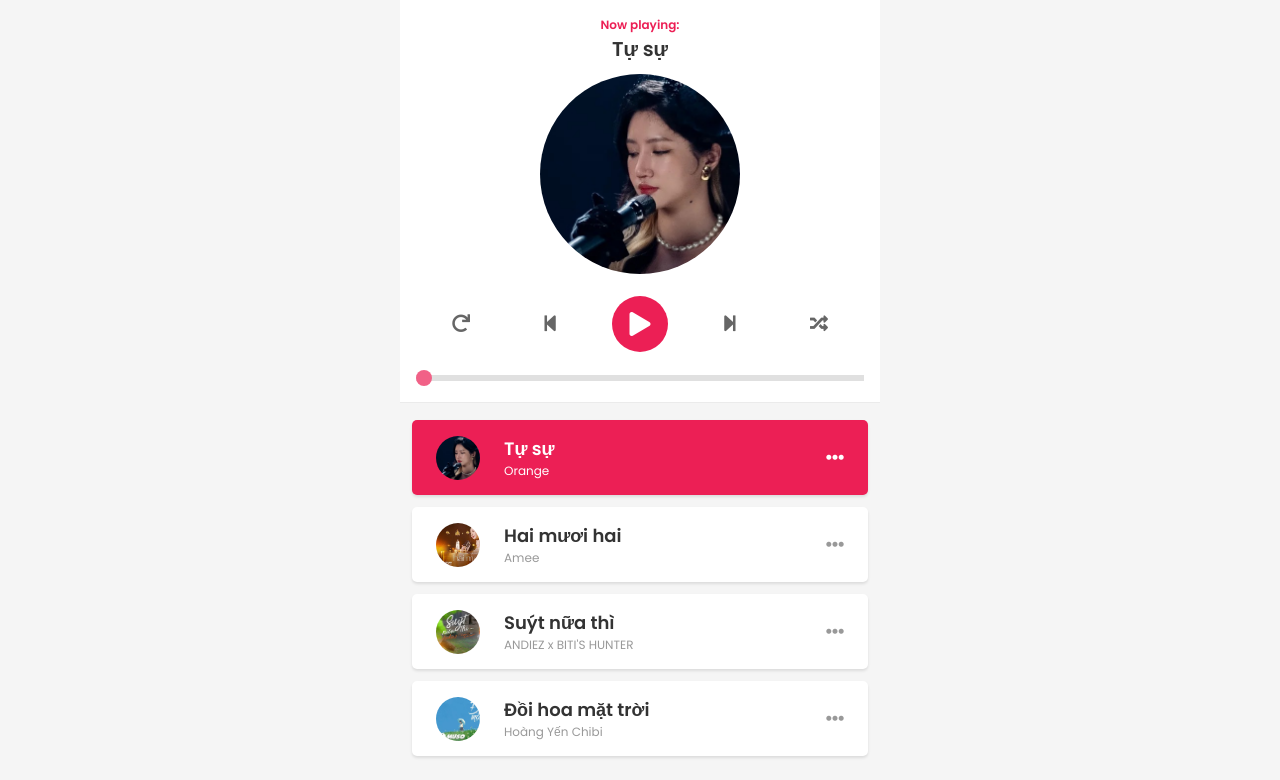
Repository: tannv3201/learn_JS_F8
Page: Example/Music player/index.html
An editor plug-in stored every save of this project. The page is shown before and after the next save, followed by the edit.
The browser window is 1280 px wide. The pictures show the whole page.

Above is the page before, as saved 2022-08-17 14:22:54.

### Example/Music player/index.html
<!DOCTYPE html>
<html lang="en">

<head>
    <meta charset="UTF-8">
    <meta http-equiv="X-UA-Compatible" content="IE=edge">
    <meta name="viewport" content="width=device-width, initial-scale=1.0">
    <title>Music player</title>
    <link rel="stylesheet" href="https://cdnjs.cloudflare.com/ajax/libs/font-awesome/5.15.2/css/all.min.css"
        integrity="sha512-HK5fgLBL+xu6dm/Ii3z4xhlSUyZgTT9tuc/hSrtw6uzJOvgRr2a9jyxxT1ely+B+xFAmJKVSTbpM/CuL7qxO8w=="
        crossorigin="anonymous" />
    <link rel="preconnect" href="https://fonts.gstatic.com">
    <link href="https://fonts.googleapis.com/css2?family=Poppins:wght@300;400;600&display=swap" rel="stylesheet">
    <link rel="stylesheet" href="./style.css">
</head>

<body>

    <div class="player">
        <!-- Dashboard -->
        <div class="dashboard">
            <!-- Header -->
            <header>
                <h4>Now playing:</h4>
                <h2>Tự sự</h2>
            </header>

            <!-- CD -->
            <div class="cd">
                <div class="cd-thumb" style="background-image: url('./assets/imgs/tusu.jpg')">
                </div>
            </div>

            <!-- Control -->
            <div class="control">
                <div class="btn btn-repeat">
                    <i class="fas fa-redo"></i>
                </div>
                <div class="btn btn-prev">
                    <i class="fas fa-step-backward"></i>
                </div>
                <div class="btn btn-toggle-play">
                    <i class="fas fa-pause icon-pause"></i>
                    <i class="fas fa-play icon-play"></i>
                </div>
                <div class="btn btn-next">
                    <i class="fas fa-step-forward"></i>
                </div>
                <div class="btn btn-random">
                    <i class="fas fa-random"></i>
                </div>
            </div>

            <input id="progress" class="progress" type="range" value="0" step="1" min="0" max="100">

            <audio id="audio" src=""></audio>
        </div>

        <!-- Playlist -->
        <div class="playlist">
            <div class="song">
                <div class="thumb" style="background-image: url('./assets/imgs/tusu.jpg')">
                </div>
                <div class="body">
                    <h3 class="title">Tự sự</h3>
                    <p class="author">Orange</p>
                </div>
                <div class="option">
                    <i class="fas fa-ellipsis-h"></i>
                </div>
            </div>
            <div class="song">
                <div class="thumb" style="background-image: url('./assets/imgs/haimuoihai.jpg')">
                </div>
                <div class="body">
                    <h3 class="title">Hai mươi hai</h3>
                    <p class="author">Amee</p>
                </div>
                <div class="option">
                    <i class="fas fa-ellipsis-h"></i>
                </div>
            </div>
            <div class="song">
                <div class="thumb"
                    style="background-image: url('https://i.ytimg.com/vi/jTLhQf5KJSc/maxresdefault.jpg')">
                </div>
                <div class="body">
                    <h3 class="title">Music name</h3>
                    <p class="author">Singer</p>
                </div>
                <div class="option">
                    <i class="fas fa-ellipsis-h"></i>
                </div>
            </div>
        </div>
    </div>

    <!-- Design from: https://static.collectui.com/shots/3671744/musicloud-revolutionary-app-for-music-streaming-large -->
    <script src="./main.js"></script>
</body>

</html>

### Example/Music player/style.css
:root {
    --primary-color: #ec1f55;
    --text-color: #333;
}

* {
    padding: 0;
    margin: 0;
    box-sizing: inherit;
}

body {
    background-color: #f5f5f5;
}

html {
    box-sizing: border-box;
    font-family: "Poppins", sans-serif;
}

.player {
    position: relative;
    max-width: 480px;
    margin: 0 auto;
}

.player .icon-pause {
    display: none;
}

.player.playing .icon-pause {
    display: inline-block;
}

.player.playing .icon-play {
    display: none;
}

.dashboard {
    padding: 16px 16px 14px;
    background-color: #fff;
    position: fixed;
    top: 0;
    width: 100%;
    max-width: 480px;
    border-bottom: 1px solid #ebebeb;
}

/* HEADER */
header {
    text-align: center;
    margin-bottom: 10px;
}

header h4 {
    color: var(--primary-color);
    font-size: 12px;
}

header h2 {
    color: var(--text-color);
    font-size: 20px;
}

/* CD */
.cd {
    display: flex;
    margin: auto;
    width: 200px;
}

.cd-thumb {
    width: 100%;
    padding-top: 100%;
    border-radius: 50%;
    background-color: #333;
    background-size: cover;
    margin: auto;
}

/* CONTROL */
.control {
    display: flex;
    align-items: center;
    justify-content: space-around;
    padding: 18px 0 8px 0;
}

.control .btn {
    color: #666;
    padding: 18px;
    font-size: 18px;
}

.control .btn.active {
    color: var(--primary-color);
}

.control .btn-toggle-play {
    width: 56px;
    height: 56px;
    border-radius: 50%;
    font-size: 24px;
    color: #fff;
    display: flex;
    align-items: center;
    justify-content: center;
    background-color: var(--primary-color);
}

.progress {
    width: 100%;
    -webkit-appearance: none;
    height: 6px;
    background: #d3d3d3;
    outline: none;
    opacity: 0.7;
    -webkit-transition: 0.2s;
    transition: opacity 0.2s;
}

.progress::-webkit-slider-thumb {
    -webkit-appearance: none;
    appearance: none;
    width: 16px;
    height: 16px;
    border-radius: 50%;
    background-color: var(--primary-color);
    cursor: pointer;
}

/* PLAYLIST */
.playlist {
    margin-top: 408px;
    padding: 12px;
}

.song {
    display: flex;
    align-items: center;
    margin-bottom: 12px;
    background-color: #fff;
    padding: 8px 16px;
    border-radius: 5px;
    box-shadow: 0 2px 3px rgba(0, 0, 0, 0.1);
}

.song.active {
    background-color: var(--primary-color);
}

.song:active {
    opacity: 0.8;
}

.song.active .option,
.song.active .author,
.song.active .title {
    color: #fff;
}

.song .thumb {
    width: 44px;
    height: 44px;
    border-radius: 50%;
    background-size: cover;
    margin: 0 8px;
}

.song .body {
    flex: 1;
    padding: 0 16px;
}

.song .title {
    font-size: 18px;
    color: var(--text-color);
}

.song .author {
    font-size: 12px;
    color: #999;
}

.song .option {
    padding: 16px 8px;
    color: #999;
    font-size: 18px;
}

### Example/Music player/main.js
/**
    1. Render song
    2. Scroll top
    3. Play / pause/ seek
    4. CD rotate
    5. Next / prev
    6. Random
    7. Next / repeat when ended
    8. Active Song
    9. Scroll active song into view
    10. Play song when click
 */
const $ = document.querySelector.bind(document);
const $$ = document.querySelectorAll.bind(document);

// Lấy ra các element
const heading = $('header h2');
const cdThumb = $('.cd-thumb');
const audio = $('#audio');
const cd = $('.cd');
const playBtn = $('.btn-toggle-play');
const player = $('.player');
const progress = $('#progress');
const nextBtn = $('.btn-next');
const prevBtn = $('.btn-prev');
const randomBtn = $('.btn-random');
const repeatBtn = $('.btn-repeat');
const song = $('.song');
const app = {
    currentIndex: 0,
    isPlaying: false,
    isRandom: false,
    isRepeat: false,
    songs: [
        {
            name: 'Tự sự',
            singer: 'Orange',
            path: './assets/music/tusu.mp3',
            image: './assets/imgs/tusu.jpg'
        },
        {
            name: 'Hai mươi hai',
            singer: 'Amee',
            path: './assets/music/haimuoihai.mp3',
            image: './assets/imgs/haimuoihai.jpg'
        },
        {
            name: 'Suýt nữa thì',
            singer: 'ANDIEZ x BITI\'S HUNTER',
            path: './assets/music/suytnuathi.mp3',
            image: './assets/imgs/suytnuathi.jpg'
        },
        {
            name: 'Đồi hoa mặt trời',
            singer: 'Hoàng Yến Chibi',
            path: './assets/music/doihoamattroi.mp3',
            image: './assets/imgs/doihoamattroi.jpg'
        },
    ],
    render: function () {
        const htmls = this.songs.map((song, index) => {
            return `
            <div class="song ${index === this.currentIndex ? 'active' : ''}">
                <div class="thumb" style="background-image: url('${song.image}')">
                </div>
                <div class="body">
                    <h3 class="title">${song.name}</h3>
                    <p class="author">${song.singer}</p>
                </div>
                <div class="option">
                    <i class="fas fa-ellipsis-h"></i>
                </div>
            </div>
            `
        })
        $('.playlist').innerHTML = htmls.join('');
    },

    // Định nghĩa thuộc tính
    defineProperties: function () {
        Object.defineProperty(this, 'currentSong', {
            get: function () {
                return this.songs[this.currentIndex];
            }
        })
    },

    // Xử lý sự kiện
    handleEvents: function () {
        const _this = this; // Định nghĩa từ khóa this ở ngoài
        // Lấy ra Element "cd"
        const cdWidth = cd.offsetWidth; // Lấy width của cd.

        // Xử lý CD quay và dừng
        const cdThumbAnimate = cdThumb.animate([
            {
                transform: 'rotate(360deg)'
            }
        ], {
            duration: 10000, // 10 giây
            iterations: Infinity // Chạy vô hạn
        })
        cdThumbAnimate.pause()

        // Xử lý phóng to / thu nhỏ cd
        document.onscroll = function () {
            const scrollTop = document.documentElement.scrollTop || window.scrollY;
            const newCdWidth = cdWidth - scrollTop;
            cd.style.width = newCdWidth > 0 ? newCdWidth + 'px' : 0; // check nếu kéo nhanh quá giá trị về < 0 thì lấy = 0
            cd.style.opacity = newCdWidth / cdWidth; // mờ dần khi scroll
        }

        // Xử lý khi click play
        playBtn.onclick = function () {
            if (_this.isPlaying) {
                audio.pause();
            }
            else {
                audio.play();
            }
        };
        // Khi bài hát được play
        audio.onplay = function () {
            _this.isPlaying = true;
            player.classList.add('playing') // chuyển btn play thành btn pause
            cdThumbAnimate.play()
        };
        // Khi bài hát bị dừng
        audio.onpause = function () {
            _this.isPlaying = false;
            player.classList.remove('playing') // chuyển btn pause thành btn play
            cdThumbAnimate.pause()
        }

        // Khi tiến độ bài hát thay đổi
        audio.ontimeupdate = function () {
            if (audio.duration) {
                const progressPercent = Math.floor(audio.currentTime / audio.duration * 100);
                progress.value = progressPercent;
            }
        }

        // xử lý khi tua bài hát
        progress.onchange = function (e) {
            const seekTime = audio.duration * e.target.value / 100;
            audio.currentTime = seekTime;
        }

        // Next bài
        nextBtn.onclick = function () {
            if (_this.isRandom) {
                _this.playRandomSong()
            }
            else {
                _this.nextSong();
            }
            audio.play();
        }

        // Prev  bài
        prevBtn.onclick = function () {
            if (_this.isRandom) {
                _this.playRandomSong()
            }
            else {
                _this.prevSong();
            }
            audio.play();
        }

        // Random
        randomBtn.onclick = function () {
            _this.isRandom = !_this.isRandom
            randomBtn.classList.toggle('active', _this.isRandom);
        }

        // xử lý next khi hết bài
        audio.onended = function () {
            if (!_this.isRepeat) {
                nextBtn.click();
            }
            else {
                audio.play()
            }
        }

        // Xử lý repeat bài hát hiện tại
        repeatBtn.onclick = function () {
            _this.isRepeat = !_this.isRepeat;
            repeatBtn.classList.toggle('active', _this.isRepeat);
        }

        // Xử lý active bài

    },

    loadCurrentSong: function () {
        // Gán giá trị bài hát hiện tại
        heading.textContent = this.currentSong.name;
        cdThumb.style.backgroundImage = `url('./${this.currentSong.image}')`;
        audio.src = this.currentSong.path;
        song.classList.add('active');
    },

    // Next
    nextSong: function () {
        this.currentIndex++;
        if (this.currentIndex >= this.songs.length) {
            this.currentIndex = 0;
        }
        this.loadCurrentSong();
    },
    // Previous
    prevSong: function () {
        this.currentIndex--;
        if (this.currentIndex < 0) {
            this.currentIndex = this.songs.length - 1;
        }
        this.loadCurrentSong();
    },

    // Random
    playRandomSong: function () {
        let newIndex
        do {
            newIndex = Math.floor(Math.random() * this.songs.length);
        } while (newIndex === this.currentIndex)
        this.currentIndex = newIndex;
        this.loadCurrentSong();
    },

    // Phương thức start() để bắt đầu
    start: function () {
        // Định nghĩa ra các thuộc tính cho object
        this.defineProperties();

        // Lắng nghe, xử lý các sự kiện (DOM event)
        this.handleEvents();

        // Tải thông tin bài hát đầu tiền vào UI khi chạy ứng dụng
        this.loadCurrentSong();



        // Render playlist
        this.render();
    }
}

app.start();

After the next save:
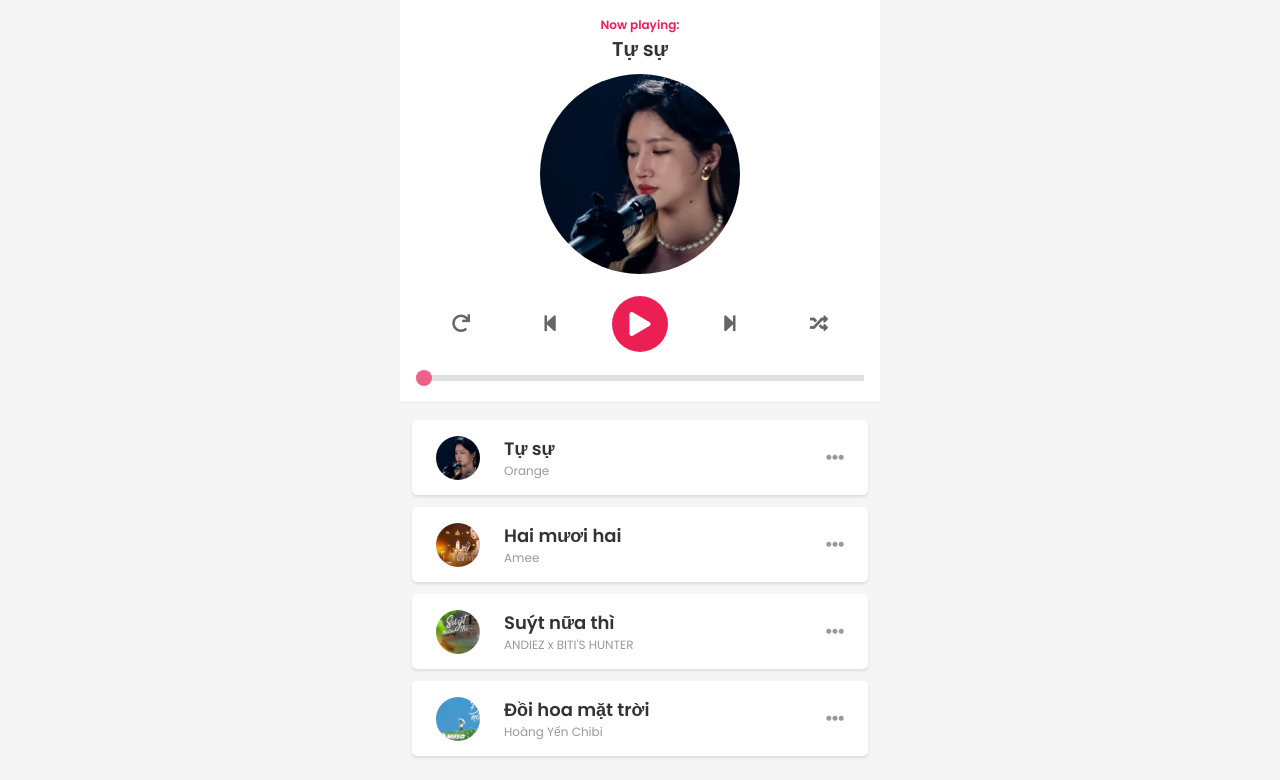
Saved 34 s later.
--- a/Example/Music player/main.js
+++ b/Example/Music player/main.js
@@ -60,7 +60,7 @@
     render: function () {
         const htmls = this.songs.map((song, index) => {
             return `
-            <div class="song ${index === this.currentIndex ? 'active' : ''}">
+            <div class="song">
                 <div class="thumb" style="background-image: url('${song.image}')">
                 </div>
                 <div class="body">

After the 2 saves that followed:
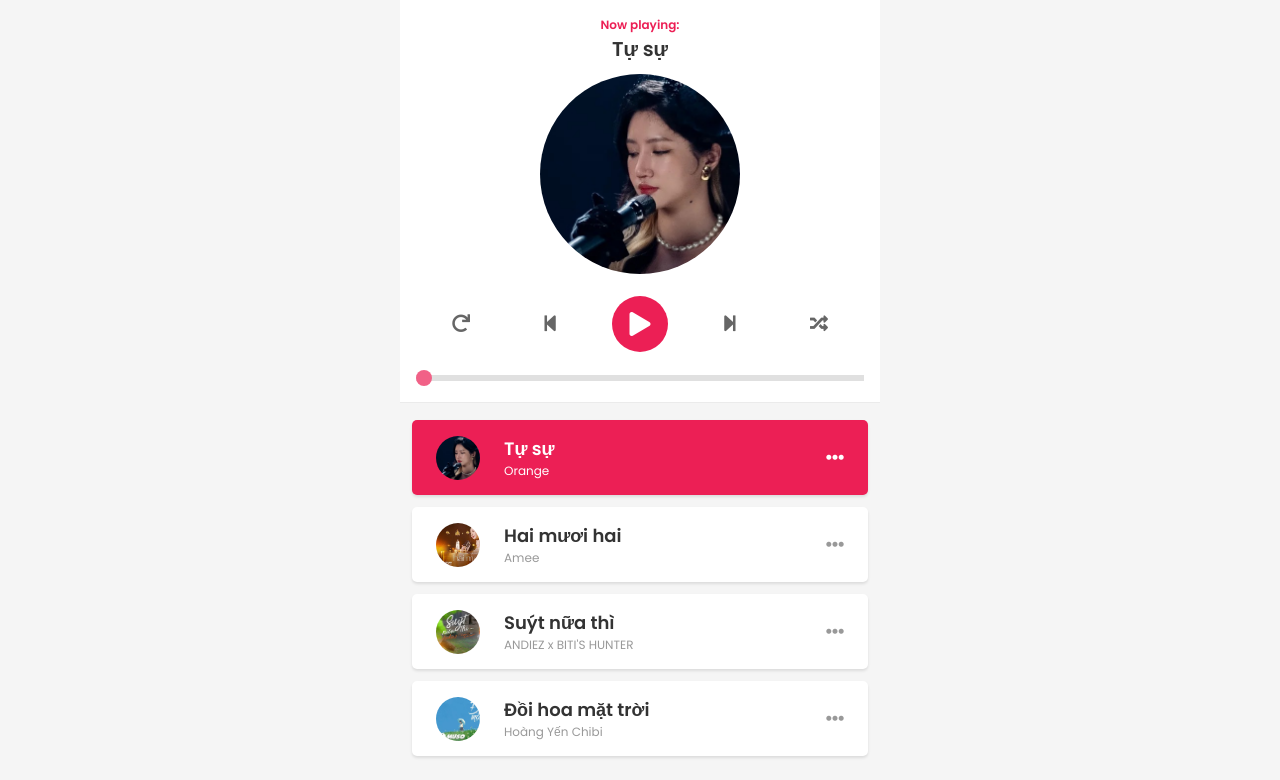
The 2 saves are shown as one change because they came seconds apart.
The last was saved 38 s later.
--- a/Example/Music player/main.js
+++ b/Example/Music player/main.js
@@ -25,7 +25,6 @@
 const prevBtn = $('.btn-prev');
 const randomBtn = $('.btn-random');
 const repeatBtn = $('.btn-repeat');
-const song = $('.song');
 const app = {
     currentIndex: 0,
     isPlaying: false,
@@ -60,7 +59,7 @@
     render: function () {
         const htmls = this.songs.map((song, index) => {
             return `
-            <div class="song">
+            <div class="song ${index === this.currentIndex ? 'active' : ''}">
                 <div class="thumb" style="background-image: url('${song.image}')">
                 </div>
                 <div class="body">
@@ -155,6 +154,7 @@
                 _this.nextSong();
             }
             audio.play();
+            _this.render();
         }
 
         // Prev  bài
@@ -166,6 +166,7 @@
                 _this.prevSong();
             }
             audio.play();
+            _this.render();
         }
 
         // Random
@@ -199,7 +200,6 @@
         heading.textContent = this.currentSong.name;
         cdThumb.style.backgroundImage = `url('./${this.currentSong.image}')`;
         audio.src = this.currentSong.path;
-        song.classList.add('active');
     },
 
     // Next
